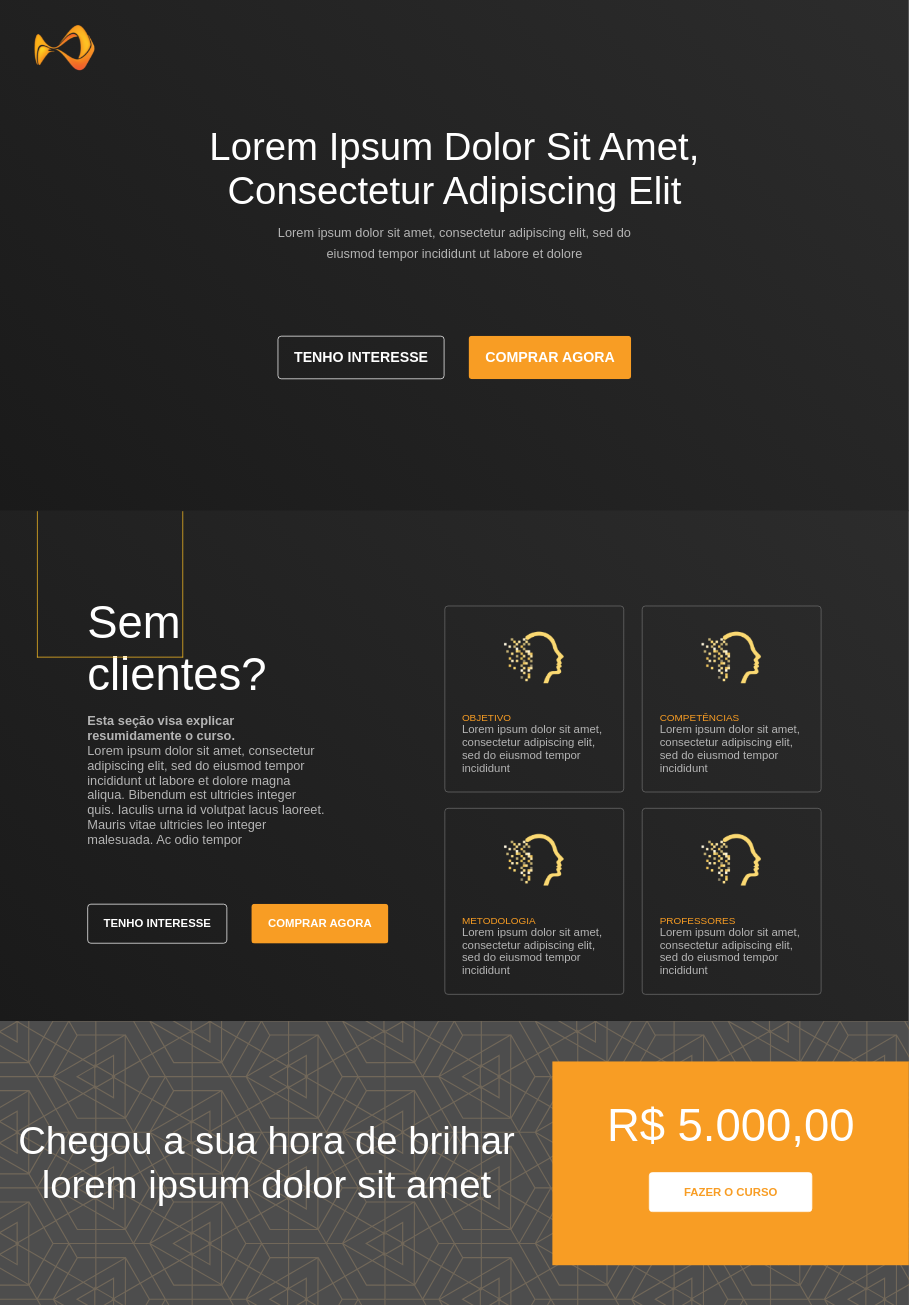
Repository: Rafael-Araujo-dev/Treinamento-Raccoon
Page: Projeto-2/index.html
An editor plug-in stored every save of this project. The page is shown before and after a run of saves, followed by the edit.
The browser window is 1280 px wide. The pictures show the whole page, at 71% of full size.
Some web fonts or font styles are not loaded; a fallback is used.

Above is the page before, as saved 2021-09-23 11:21:06.

### Projeto-2/index.html
<!DOCTYPE html>
<html>
    <head>
        <title></title>
        <meta charset="utf-8"/>
        <meta name="viewport" content="width=device-width,initial-scale=1.0,maximum-scale=1.0">
        <link rel="preconnect" href="https://fonts.googleapis.com">
        <link rel="preconnect" href="https://fonts.gstatic.com" crossorigin>
        <link href="https://fonts.googleapis.com/css2?family=Yantramanav:wght@300;400;700&display=swap" rel="stylesheet">
        <link rel="stylesheet" href="css/style.css"/>
    </head>
    <body>
        <section class="hero-section">
            <div class="hero-header">
                <img class="logo" src="images/LOGOSYNAPSE_simbolo_laranja.png"/>
            </div>
            <div class="hero-container">
                <div class="hero-title">
                    Lorem ipsum dolor sit amet,<br>
                    consectetur adipiscing elit
                </div>
                <div class="hero-text">
                    Lorem ipsum dolor sit amet, consectetur adipiscing elit, sed do eiusmod tempor incididunt ut labore et dolore
                </div>
            </div>
            <div class="hero-btn-group">
                <button class="btn secondary">
                    Tenho interesse
                </button>
                <button class="btn primary">
                    Comprar agora
                </button>
            </div>
        </section>

        <section class="course-summary">
            <div class="container">
                <div class="col m">
                    <span class="rectangule"></span>
                    <span class="title">
                        Sem<br>clientes?
                    </span>
                    <div class="text">
                        <strong>Esta seção visa explicar resumidamente o curso.</strong>
                        <br>
                        Lorem ipsum dolor sit amet, consectetur adipiscing elit, sed do eiusmod tempor incididunt ut labore et dolore magna aliqua. Bibendum est ultricies integer quis. Iaculis urna id volutpat lacus laoreet. Mauris vitae ultricies leo integer malesuada. Ac odio tempor
                    </div>
                    <div class="btn-group">
                        <button class="btn secondary">
                            Tenho interesse
                        </button>
                        <button class="btn primary">
                            Comprar agora
                        </button>
                    </div>
                </div>
                <div class="col l">
                    <div class="card-container">
                        <div class="card-item">
                            <div class="container">
                                <div class="card-image">
                                    <img src="./images/Oratória Digital Logo-1.png"/>
                                </div>
                                <div class="card-description">
                                    <div class="card-title">
                                        Objetivo
                                    </div>
                                    <div class="card-text">
                                        Lorem ipsum dolor sit amet, consectetur adipiscing elit, sed do eiusmod tempor incididunt
                                    </div>
                                </div>
                            </div>
                        </div>
                        <div class="card-item">
                            <div class="container">
                                <div class="card-image">
                                    <img src="./images/Oratória Digital Logo-1.png"/>
                                </div>
                                <div class="card-description">
                                    <div class="card-title">
                                        Competências
                                    </div>
                                    <div class="card-text">
                                        Lorem ipsum dolor sit amet, consectetur adipiscing elit, sed do eiusmod tempor incididunt
                                    </div>
                                </div>
                            </div>
                        </div>
                        <div class="card-item">
                            <div class="container">
                                <div class="card-image">
                                    <img src="./images/Oratória Digital Logo-1.png"/>
                                </div>
                                <div class="card-description">
                                    <div class="card-title">
                                        Metodologia
                                    </div>
                                    <div class="card-text">
                                        Lorem ipsum dolor sit amet, consectetur adipiscing elit, sed do eiusmod tempor incididunt
                                    </div>
                                </div>
                            </div>
                        </div>
                        <div class="card-item">
                            <div class="container">
                                <div class="card-image">
                                    <img src="./images/Oratória Digital Logo-1.png"/>
                                </div>
                                <div class="card-description">
                                    <div class="card-title">
                                        Professores
                                    </div>
                                    <div class="card-text">
                                        Lorem ipsum dolor sit amet, consectetur adipiscing elit, sed do eiusmod tempor incididunt
                                    </div>
                                </div>
                            </div>
                        </div>
                    </div>
                </div>
                <center>
                    <div class="btn-group mobile">
                        <button class="btn secondary">
                            Tenho interesse
                        </button>
                        <button class="btn primary">
                            Comprar agora
                        </button>
                    </div>
                </center>
            </div>
        </section>

        <section class="take-course">
            <div class="container">
                <div class="text">
                    Chegou a sua hora de brilhar <br>lorem ipsum dolor sit amet
                </div>
                <div class="card">
                    <div class="text">
                        R$ 5.000,00
                    </div>
                    <button class="btn white">
                        Fazer o curso
                    </button>
                </div>
            </div>
        </section>

    </body>
</html>

### Projeto-2/css/style.css
* {
    margin: 0;
    padding: 0;
    box-sizing: border-box;
    font-family: 'Yantramanav', sans-serif;
}

.btn {
    font-size: 20px;
    text-transform: uppercase;
    padding: 18px 22px;
    margin: 0px 15px 24px 15px;
    font-weight: bold;
}

@media (max-width: 890px) {
    .btn {
        font-size: 20px;
    }
}

@media (max-width: 645px) {
    .btn {
        font-size: 17px;
    }
}

@media (max-width: 500px) {
    .btn {
        font-size: 16px;
    }
}

.btn.primary {
    background-color: #F89D24;
    border: 1px solid transparent;
    border-radius: 5px;
    color: #FFF;
}

.btn.secondary {
    background-color: transparent;
    border: 1px solid #FFF;
    border-radius: 5px;
    color: #FFF;
}

.btn.white {
    background-color: #FFFFFF;
    border: 1px solid #FFF;
    border-radius: 5px;
    color: #000;
}

.hero-section {
    background: rgb(26,26,26);
    background: linear-gradient(45deg, rgba(26,26,26,1) 0%, rgba(44,44,44,1) 100%);
    min-height: 100vh;
    display: flex;
    flex-direction: column;
    justify-content: space-around;
}

.hero-header .logo {
    margin-left: 3.15%;
    margin-top: 2%;
    width: 12.1%;
    max-width: 100px;
}

.hero-container {
    position: relative;
    margin: auto;
    display: flex;
    flex-direction: column;
    flex-wrap: wrap;
}

@media (max-width: 1240px) {
    .hero-container {
        width: 60%;
    }
}

@media (max-width: 1028px) {
    .hero-container {
        width: 70%;
    }
}

@media (max-width: 890px) {
    .hero-container {
        width: 80%;
    }
}

.hero-title, .hero-text {
    color: #FFFFFF;
    text-align: center;
}

.hero-title {
    font-size: 54px;
    /* margin-top: 15.5vh; */
    text-transform: capitalize;
}

@media (max-width: 890px) {
    .hero-title {
        /* margin-top: 14%; */
        font-size: 45px;
    }
}

@media (max-width: 645px) {
    .hero-title {
        /* margin-top: 8%; */
        font-size: 40.5px;
    }
}

@media (max-width: 500px) {
    .hero-title {
        /* margin-top: 0%; */
    }
}

.hero-text {
    color: #B5B5B5;
    font-size: 18px;
    width: 60%;
    margin-top: 1.8vh;
    line-height: 30px;
    align-self: center;
    margin-bottom: 35px;
}

@media (max-width: 1024px) {
    .hero-text {
        width: 80%;
    }
}

@media (max-width: 890px) {
    .hero-text {

        font-size: 15px;
        width: 50%;
    }
}

@media (max-width: 645px) {
    .hero-text {

        font-size: 13.5px;
        width: 80%;
    }
}

@media (max-width: 500px) {
    .hero-text {
        /* margin-top: 5%; */
        width: 100%;
    }
}

.hero-btn-group {
    margin-bottom: 22.5vh;
    text-align: center;
}

.course-summary {
    background: rgb(26,26,26);
    background: linear-gradient(45deg, rgba(26,26,26,1) 0%, rgba(44,44,44,1) 100%);
    min-height: 100vh;
    padding-top: 18.6vh;
    margin-top: -1px;
}

@media (max-width: 450px) {
    .course-summary {
        padding-top: 6.5vh;
    }
}

.course-summary .container {
    position: relative;
    margin: auto;
    display: flex;
    justify-content:center;
    flex-wrap: wrap;
}

.course-summary .col {
    display: flex;
}

.course-summary .col.m {
    display: flex;
    flex-direction: column;
}

.course-summary .col.l {
    margin-left: 5vw;
}

.course-summary .col .rectangule {
    position: absolute;
    margin-top: -18.5vh;
    margin-left: -5.5vw;
    border: 1px solid #FEC024;
    border-top: none;
    width: 206px;
    height: 206px;
}

.course-summary .col .title {
    font-size: 64px;
    color: #FFFFFF;
    margin-top: -2vh;
}

@media (max-width: 450px) {
    .course-summary .col .rectangule {
        margin-top: -6.5vh;
        margin-left: 3.8vw;
        width: 110px;
        height: 110px;
    }

    .course-summary .col .title {
        font-size: 48px;
        margin-left: 24px;
        margin-top: 1vh;
    }
}

.course-summary .col .text {
    font-size: 18px;
    color: #B5B5B5;
    font-weight: 300;
    max-width: 337px;
    margin-top: 2.6vh;
}

@media (max-width: 450px) {
    .course-summary .col .text {
        font-size: 13.5px;
        max-width: 85%;
        line-height: 25px;
        align-self: center;
    }
}

.course-summary .col .btn-group {
    margin-top: 11vh;
    margin-left: -15px;
}

.course-summary .btn-group.mobile {
    display: none;
    margin-top: 36px;
}

@media (max-width: 450px) {
    .course-summary .col .btn-group {
        display: none;
    }

    .course-summary .btn-group.mobile {
        display: inherit;
    }
}

.course-summary .col .btn-group .btn {
    font-size: 16px;
}

.course-summary .card-container {
    display: grid;
    grid-template-columns: repeat(2, 1fr);
    grid-template-rows: repeat(2, 1fr);
    grid-column-gap: 2vw;
    grid-row-gap: 3vh;
}

@media(max-width: 650px) {
    .course-summary .card-container {
        grid-template-columns: repeat(1, 1fr);
        grid-template-rows: repeat(1, 1fr);
        margin-left: -25px;
    }
}

@media(max-width: 450px) {
    .course-summary .card-container {
        margin-top: 50px;
    }
}

@media(max-width: 300px) {
    .course-summary .card-container {
        margin-left: -10px;
    }
}

.course-summary .card-item {
    border: 1px solid #6E6E6E;
    border-radius: 5px;
    max-width: 253px;
}

.course-summary .card-item .container {
    text-align: center;
    margin: 24px;
    padding: 0;
}

.course-summary .card-item .card-description {
    text-align: left;
}

.course-summary .card-item .card-title {
    font-size: 14px;
    color: #F89D24;
    text-transform: uppercase;
    margin-top: 3.5vh;
}

.course-summary .card-item .card-text {
    font-size: 16px;
    color: #B5B5B5;
}

.take-course {
    background-color: #191919;
    background-image: url('../images/Grupo\ 34.svg');
    height: 400px;
    margin-top: -1px;
}

.take-course .container{
    background-color: rgba(100,100,100,0.7);
}

.take-course .container {
    padding: 1vh 2vw;
    height: 100%;
    display: flex;
    flex-direction: row;
    justify-content: space-between;
    align-items: center;
    padding-right: 0;
}

.take-course .container .text {
    font-size: 54px;
    color: #FFFFFF;
    text-align: center;
}

.take-course .container .card {
    display: flex;
    flex-direction: column;
    align-items: center;
    background-color:#F89D24;
    width: 40%;
    padding-top: 53px;
    padding-bottom: 75px;
    text-align: center;
}

.take-course .container .card .btn {
    margin: 0;
    margin-top: 29px;
    padding-left: 48px;
    padding-right: 48px;
    font-size: 16px;
    color: #F89D24;
}

.take-course .container .card .text {
    font-weight: normal;
    font-size: 64px;
}

After the next 3 saves:
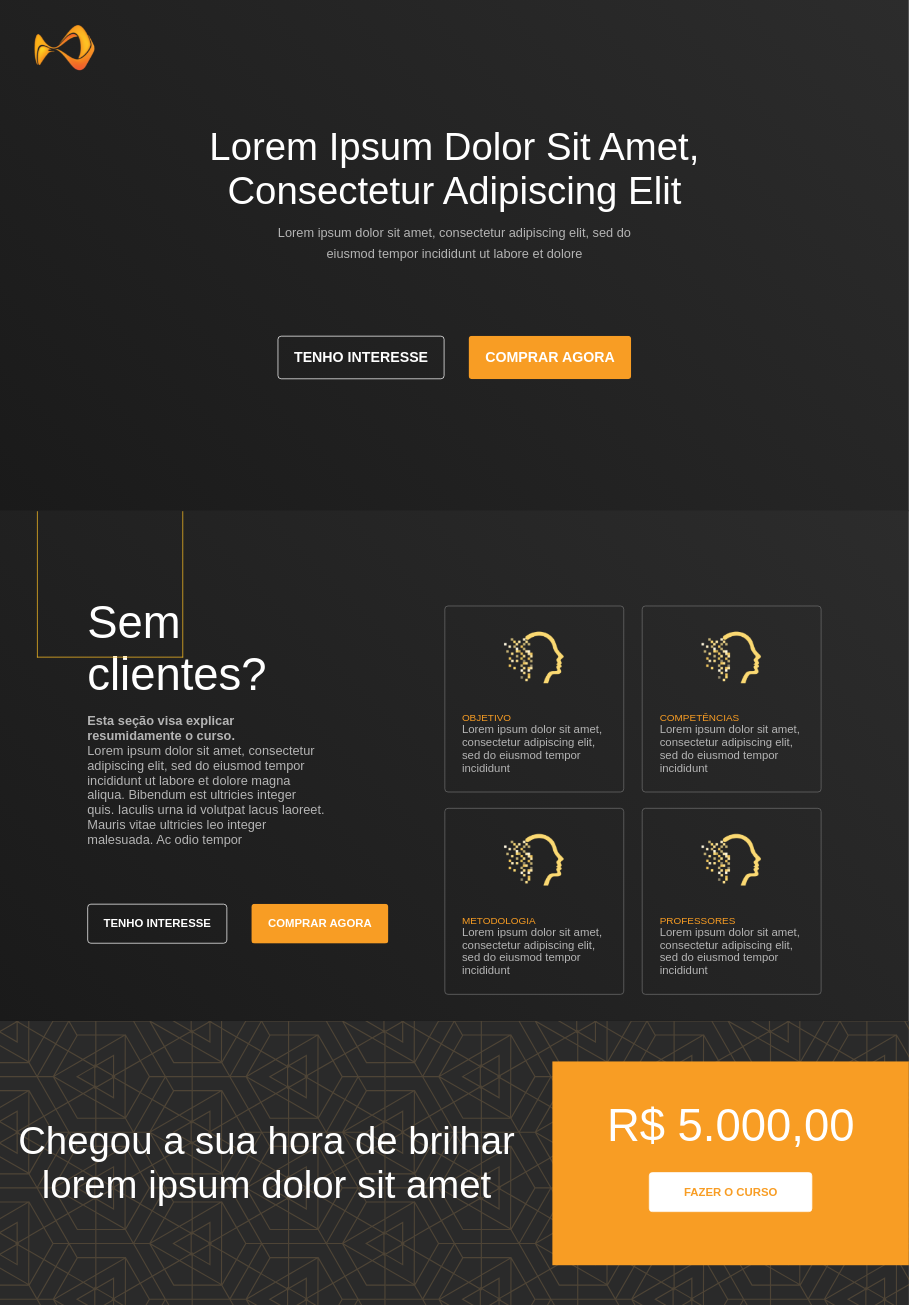
The 3 saves are shown as one change because they came seconds apart.
The last was saved 7 s later.
--- a/Projeto-2/css/style.css
+++ b/Projeto-2/css/style.css
@@ -340,7 +340,7 @@
 }
 
 .take-course .container{
-    background-color: rgba(100,100,100,0.7);
+    background-color: rgba(50,50,50,0.7);
 }
 
 .take-course .container {
